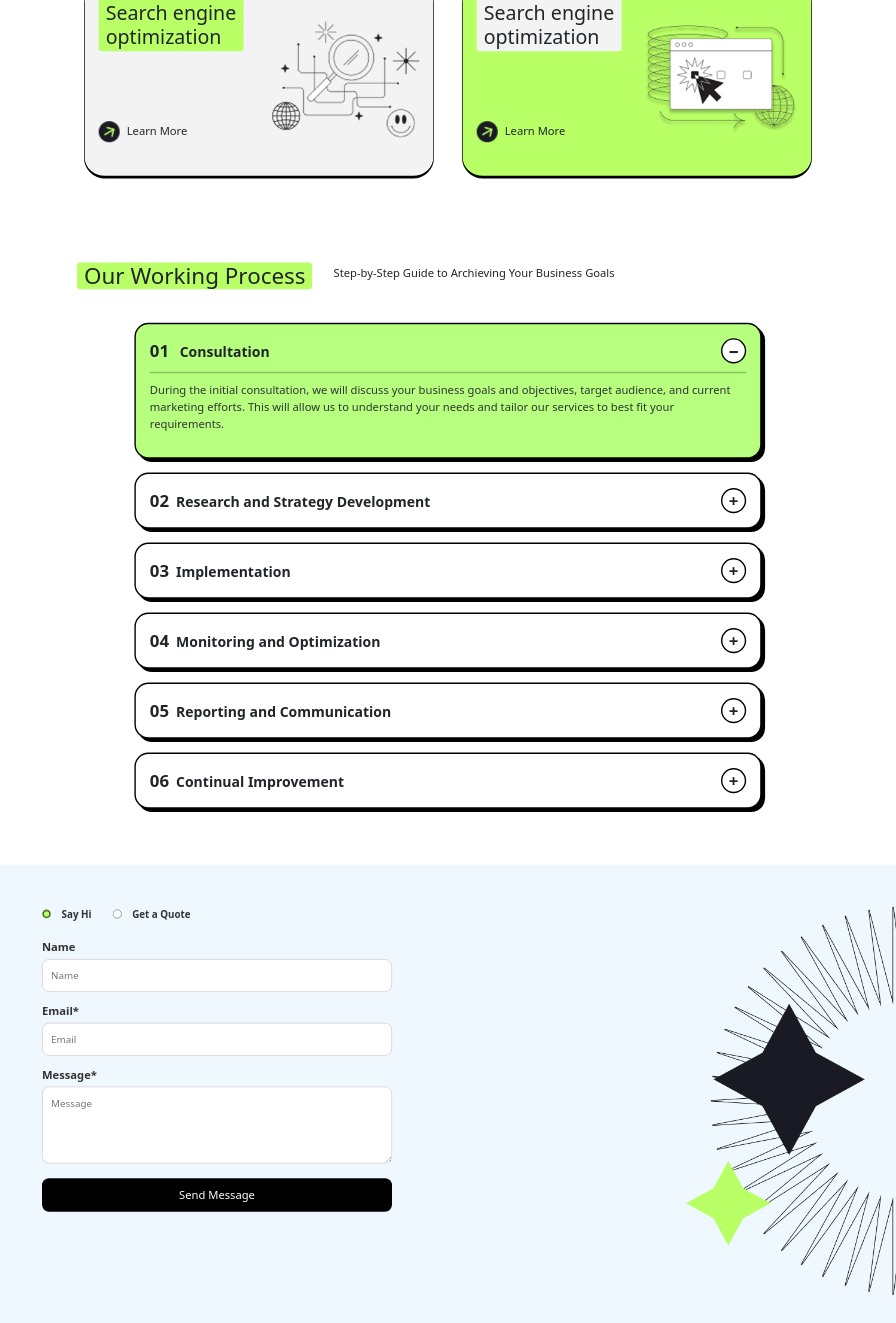
Repository: inshaabbas/CSS-Hackathon-SMIT
Page: index.html
An editor plug-in stored every save of this project. The page is shown before and after a run of saves, followed by the edit.
The browser window is 1280 px wide. The pictures show the part of the page from y = 883 to 2803 px (the page is 2773 px tall before and 2803 px after), at 70% of full size.
A picture or video elsewhere on the page could not be fetched, so the positions and the page height are approximate.

Above is the page before, as saved 2025-06-25 10:43:17.

### index.html
<!DOCTYPE html>
<html lang="en">
<head>
    <meta charset="UTF-8">
    <meta name="viewport" content="width=device-width, initial-scale=1.0">
    <title>CSS Hackathon</title>
    <!-- Bootstrap CDN -->
     <link href="https://cdn.jsdelivr.net/npm/bootstrap@5.3.7/dist/css/bootstrap.min.css" rel="stylesheet" integrity="sha384-LN+7fdVzj6u52u30Kp6M/trliBMCMKTyK833zpbD+pXdCLuTusPj697FH4R/5mcr" crossorigin="anonymous">
    <!-- Font Awesome CDN -->
     <link rel="stylesheet" href="https://cdnjs.cloudflare.com/ajax/libs/font-awesome/6.7.2/css/all.min.css" integrity="sha512-Evv84Mr4kqVGRNSgIGL/F/aIDqQb7xQ2vcrdIwxfjThSH8CSR7PBEakCr51Ck+w+/U6swU2Im1vVX0SVk9ABhg==" crossorigin="anonymous" referrerpolicy="no-referrer"/>
    <!-- External Style Sheet -->
     <link rel="stylesheet" href="./style.css">
</head>
<body>
    <!-- Header Section Starts -->
    <header class="container-xxl">
      <div class="fixed-top">
         <nav class="navbar navbar-expand-lg bg-body-tertiary">
  <div class="container-fluid">
    <a class="navbar-brand" href="#"><img src="./Assets/logo.png" alt="Logo" width="150px"></a>
    <button class="navbar-toggler" type="button" data-bs-toggle="collapse" data-bs-target="#navbarSupportedContent" aria-controls="navbarSupportedContent" aria-expanded="false" aria-label="Toggle navigation">
      <span class="navbar-toggler-icon"></span>
    </button>
    <div class="collapse navbar-collapse" id="navbarSupportedContent">
      <ul class="navbar-nav ms-auto me-3 gap-4 mb-2 mb-lg-0">
        <li class="nav-item">
          <a class="nav-link active" aria-current="page" href="#">Aboutus</a>
        </li>
        <li class="nav-item">
          <a class="nav-link active" href="#">Services</a>
        </li>
        <li class="nav-item">
          <a class="nav-link active" aria-disabled="true">User Cases</a>
        </li>
        <li class="nav-item">
          <a class="nav-link active" aria-current="page" href="#">Pricing</a>
        </li>
        <li class="nav-item">
          <a class="nav-link active" aria-current="page" href="#">Blog</a>
        </li>
      </ul>
        <button class="btn btn-outline-dark" type="submit">Request a Quote</button>
      </form>
    </div>
  </div>
</nav>
      </div>
    </header>
    <!-- Header Section Ends -->

    <!-- Hero Section Starts -->
     <section class="hero-sec container-xxl">
        <div class="hero-text">
            <h2>Navigating the digital landscape for success</h2>
            <p>Lorem ipsum dolor sit amet consectetur adipisicing elit. Nihil sapiente officia omnis rerum, vitae nesciunt ad obcaecati sint quam accusantium Lorem ipsum dolor sit amet consectetur adipisicing elit. Quaerat nobis quos soluta accusantium perspiciatis quas ducimus dicta accusamus eius, sint adipisci cum minima aliquam debitis expedita nam eos, consectetur quasi.</p>
            <button type="button" class="btn btn-dark">Book a consultation</button>
        </div>
        <div class="hero-img">
            <img src="./Assets/hero-sec-img.png" alt="Hero Section Img" width="450px" height="330px">
        </div>
     </section>
    <!-- Hero Section Ends -->

    <!-- Social Section Starts -->
     <section class="social-sec container-xxl">
       <img src="./Assets/Amazon.png" alt="Amazon">
       <img src="./Assets/Dribbble.png" alt="Dribbble">
       <img src="./Assets/Hubspot-icon-removebg-preview.png" alt="Hubspot">
       <img src="./Assets/Notion.png" alt="Notion">
       <img src="./Assets/Netflix.png" alt="Netflix" class="gray">
       <img src="./Assets/Zoom.png" alt="Zoom" class="gray">
     </section>
    <!-- Social Section Ends -->

    <!-- Service Section Starts -->
     <section class="service-sec container-xxl">
      <div class="service-head">
        <h2>Services</h2>
        <p>Lorem ipsum dolor sit amet consectetur adipisicing elit. Ad, aliquam assumenda. Perspiciatis necessitatibus ullam possimus illum consequatur dolores quasi ut.</p>
      </div>
      <div class="service-cards">
        <div class="service-card-1 hover-img">
          <div class="ser-card-1-text">
             <h3>Search engine <br> optimization</h3>
             <p><img src="./Assets/service-icon.png" alt="Service Icon" width="30px">Learn More</p>
          </div>
          <div class="ser-card-1-img">
            <img src="./Assets/Service-card-1img.png" alt="">
          </div>
        </div>
        <div class="service-card-2 hover-img">
          <div class="ser-card-2-text">
             <h3>Search engine <br> optimization</h3>
             <p><img src="./Assets/service-icon.png" alt="Service Icon" width="30px">Learn More</p>
          </div>
          <div class="ser-card-2-img">
            <img src="./Assets/Service-card-2-img.png" alt="">
          </div>
        </div>
      </div>
     </section>
    <!-- Service Section Ends -->

     <!-- Working section Starts -->
     <section class="working-section container-xxl">
      <div class="working-head">
        <h2>Our Working Process</h2>
        <p>Step-by-Step Guide to Archieving Your Business Goals</p>
      </div>
      <div class="faq-section">
  <details open>
    <summary><span><span class="number">01</span> Consultation</span> <span class="plus"></span></summary>
    <hr class="divider">
    <div class="faq-content">
      <p>During the initial consultation, we will discuss your business goals and objectives, target audience, and current marketing efforts. This will allow us to understand your needs and tailor our services to best fit your requirements.</p>
    </div>
  </details>

  <details>
    <summary><span><span class="number">02</span>Research and Strategy Development</span> <span class="plus"></span></summary>
    <hr class="divider">
    <div class="faq-content">
      We research your market and competitors to develop a custom strategy aligned with your business goals.
    </div>
  </details>

   <details>
    <summary><span><span class="number">03</span>Implementation</span> <span class="plus"></span></summary>
    <hr class="divider">
    <div class="faq-content">
      We research your market and competitors to develop a custom strategy aligned with your business goals.
    </div>
  </details>

   <details>
    <summary><span><span class="number">04</span>Monitoring and Optimization</span> <span class="plus"></span></summary>
    <hr class="divider">
    <div class="faq-content">
      We research your market and competitors to develop a custom strategy aligned with your business goals.
    </div>
  </details>

   <details>
    <summary><span><span class="number">05</span>Reporting and Communication</span> <span class="plus"></span></summary>
    <hr class="divider">
    <div class="faq-content">
      We research your market and competitors to develop a custom strategy aligned with your business goals.
    </div>
  </details>

   <details>
    <summary><span><span class="number">06</span>Continual Improvement</span> <span class="plus"></span></summary>
    <hr class="divider">
    <div class="faq-content">
      We research your market and competitors to develop a custom strategy aligned with your business goals.
    </div>
  </details>
      </div>
      </section>

    <!-- Working section Ends -->

     <!-- Contact section Starts -->
     <section class="contact-section container-xxl">
      <div class="contact-form">
        <form>
          <div class="radio-group">
            <label><input type="radio" name="purpose" checked>Say Hi</label>
            <label><input type="radio" name="purpose"> Get a Quote</label>
          </div>

          <div class="form-group">
            <label for="name">Name</label>
            <input type="text" id="name" name="name" placeholder="Name" required>
          </div>

          <div class="form-group">
            <label for="email">Email*</label>
            <input type="email" id="email" name="email" placeholder="Email" required>
          </div>

          <div class="form-group">
            <label for="message">Message*</label>
            <textarea id="message" name="message" placeholder="Message" rows="4" required></textarea>
          </div>

          <button type="submit" class="send-btn">Send Message</button>
        </form>
       </div>
      <div class="contact-image">
        <img src="./Assets/Contact-img.png" alt="Contact img" width="400px">
      </div>
     </section>

     <!-- Contact section End -->

     <!-- Footer section Starts -->

     <footer>
        <div class="top-footer">
            <div></div>
            <div></div>
            <div></div>
        </div>
     </footer>







<script src="https://cdn.jsdelivr.net/npm/@popperjs/core@2.11.8/dist/umd/popper.min.js" integrity="sha384-I7E8VVD/ismYTF4hNIPjVp/Zjvgyol6VFvRkX/vR+Vc4jQkC+hVqc2pM8ODewa9r" crossorigin="anonymous"></script>
<script src="https://cdn.jsdelivr.net/npm/bootstrap@5.3.7/dist/js/bootstrap.min.js" integrity="sha384-7qAoOXltbVP82dhxHAUje59V5r2YsVfBafyUDxEdApLPmcdhBPg1DKg1ERo0BZlK" crossorigin="anonymous"></script>
</body>
</html>

### style.css
.hover-img{
    transition: transform 0.3s ease;
}

.hover-img:hover{
    transform: scale(1.1);
}

.hero-sec{
    display: flex;
    justify-content: space-around;
    align-items: center;
    padding: 20px;
    height: 500px;
    padding-top: 80px;
}

.hero-text{
    width: 50%;
}

.hero-text h2{
    font-size: 35px;
    font-weight: bold;
}

@media screen and (max-width: 1010px) {
    .hero-img img{
        width: 350px;
        height: 300px;
    }
    .hero-sec{
        height: auto;
    }
}

@media screen and (max-width: 800px){
    .hero-sec{
        flex-direction: column;
        gap: 50px;
    }

    .hero-text{
    width: 100%;
}

.hero-img img{
    width: 300px;
    height: 250px;
}
}

/* Hero Section End */

/* Social Section Starts */
.social-sec{
    height: auto;
    display: flex;
    justify-content: center;
    align-items: center;
    gap: 40px;
    flex-wrap: wrap;
    padding: 20px;
    margin-top: 40px;
}

.social-sec img{
    width: 120px;
}

.gray{
    filter: grayscale(100%);
}

/* Social Section Ends */


/* Service Section Starts */

.service-sec{
    height: auto;
    margin-top: 40px;
    padding: 40px 10px;
}

.service-head{
    display: flex;
    margin-left: 100px;
    gap: 30px;
}

.service-head h2{
    background-color: #b9ff66;
    padding: 0px 10px;
    border-radius: 5px;
    font-size: 40px;
}

.service-head p{
    width: 600px;
}

.service-cards{
    padding-top: 40px;
    display: flex;
    justify-content: center;
    align-items: center;
    flex-wrap: wrap;
    gap: 40px;
    padding: 20px;
}

/* Card 1  */
.service-card-1{
    display: flex;
    justify-content: space-between;
    width: 500px;
    height: 280px;
    background-color: #f3f3f3;
    border-radius: 30px;
    padding: 20px;
    border-bottom: black solid 4px;
    border-top: black solid 1px;
    border-left: black solid 1px;
    border-right: black solid 1px;
}

.service-card-1 p img{
    margin-right: 10px;
}

.service-card-1 p{
    margin-top: 100px;
}

.ser-card-1-img{
    display: flex;
    justify-content: center;
    align-items: center;
}

.ser-card-1-text h3{
    background-color: #b9ff66;
    padding: 5px 10px;
    border-radius: 5px;
}

/* Card 2 */

.service-card-2{
    display: flex;
    justify-content: space-between;
    width: 500px;
    height: 280px;
    background-color: #b9ff66;
    border-radius: 30px;
    padding: 20px;
    border-bottom: black solid 4px;
    border-top: black solid 1px;
    border-left: black solid 1px;
    border-right: black solid 1px;
}

.service-card-2 p img{
    margin-right: 10px;
}

.service-card-2 p{
    margin-top: 100px;
}

.ser-card-2-img{
    display: flex;
    justify-content: center;
    align-items: center;
}

.ser-card-2-text h3{
    background-color: #f3f3f3;
    padding: 5px 10px;
    border-radius: 5px;
}

@media screen and (max-width: 865px){
    .service-head{
        flex-direction: column;
        justify-content: center;
        align-items: center;
        text-align: center;
        margin-left: 0px;
        gap: 10px;
    }

    .service-head p{
        width: 100%;
    }
}

@media screen and (max-width: 500px){
    .service-head p{
        font-size: 13px;
    }

    .service-card-2{
        height: 230px;
    }
    .ser-card-2-img img{
        width: 180px;
    }

    .ser-card-2-text h3{
        font-size: 20px;
    }

    .ser-card-2-text p{
        font-size: 13px;
    }

    .service-card-1{
        height: 230px;
    }
    .ser-card-1-img img{
        width: 180px;
    }

    .ser-card-1-text h3{
        font-size: 20px;
    }

    .ser-card-1-text p{
        font-size: 15px;
    }
}

    @media screen and (max-width: 440px){
    .service-head p{
        font-size: 10px;
    }

    .ser-card-2-img img{
        width: 120px;
    }

    .ser-card-2-text h3{
        font-size: 14px;
    }

    .ser-card-2-text p{
        font-size: 12px;
    }

    .ser-card-1-img img{
        width: 120px;
    }

    .ser-card-1-text h3{
        font-size: 14px;
    }

    .ser-card-1-text p{
        font-size: 12px;
    }
}

/* Service Section Ends*/

/* Working Section Starts */

.working-section{
    height: auto;
    margin-top: 20px;
    padding: 40px 10px;
}

.working-head{
    display: flex;
    align-items: center;
    margin-left: 100px;
    gap: 30px;
}

.working-head h2{
    background-color: #b9ff66;
    padding: 0px 10px;
    border-radius: 5px;
}

.working-head p{
    width: 100%;
    max-width: 600px;
}

.faq-section{
    display: flex;
    flex-direction: column;
    justify-content: center;
    align-items: center;
    margin-top: 40px;
    padding: 0px 10px;
}

details {
      border: 2px solid #000;
      border-radius: 20px;
      margin-bottom: 20px;
      padding: 20px;
      box-shadow: 5px 5px 0 #000;
      background-color: #fff;
      transition: all 0.3s ease;
      width: 70vw;
    }

    details[open] {
      background-color: #b6ff7f;
    }

    summary {
      list-style: none;
      cursor: pointer;
      font-weight: bold;
      font-size: 20px;
      display: flex;
      justify-content: space-between;
      align-items: center;
    }

    summary::-webkit-details-marker {
      display: none;
    }

    .number {
      font-size: 24px;
      margin-right: 10px;
    }

    .plus::after {
      content: "+";
      font-size: 24px;
      width: 36px;
      height: 36px;
      display: inline-flex;
      align-items: center;
      justify-content: center;
      border: 2px solid #000;
      border-radius: 50%;
      background: #fff;
    }

    details[open] .plus::after {
      content: "−";
    }

    .faq-content {
      margin-top: 10px;
      font-size: 16px;
      line-height: 1.5;
      color: #333;
    }

    .divider {
      display: none;
      border: none;
      border-top: 2px solid #000;
      margin: 12px 0;
    }

    details[open] .divider {
      display: block;
    }

    details[open] .faq-content {
      display: block;
    }


@media screen and (max-width: 1084px){
    .working-head{
        flex-direction: column;
        justify-content: center;
        align-items: center;
        text-align: center;
        gap: 10px;
        margin-left: 0px;
    }
}

@media screen and (max-width: 700px){
    summary span{
        font-size: 16px;
    }

    .number{
        font-size: 16px;
    }

    .plus::after{
        font-size: 20px;
        width: 25px;
        height: 25px;
    }

    details{
        width: 90vw;
    }
}

@media screen and (max-width: 420px){
    summary span{
        font-size: 13px;
    }

    .number{
        font-size: 14px;
    }
}
/* Working Section Ends */

/* Contact Section Starts */

.contact-section{
    display: flex;
    justify-content: space-between;
    height: auto;
    background-color: aliceblue;
    margin-top: 20px;
    padding: 60px 0px 40px 20px
}

.contact-form{
    width: 100%;
    margin-left: 40px;
}

.radio-group {
  display: flex;
  gap: 30px;
  margin-bottom: 20px;
  font-size: 14px;
}

.radio-group label{
  display: flex;
  align-items: center;
  gap: 15px;
  font-size: 14px;
  color: #333;
  cursor: pointer;
  /* width: 100px; */
  white-space: nowrap
}


input[type="radio"] {
  accent-color: #b9ff66;
}

.form-group {
  margin-bottom: 15px;
}

label {
  display: block;
  margin-bottom: 5px;
  font-weight: bold;
  color: #333;
}

input,
textarea {
  width: 100%;
  max-width: 500px;
  padding: 12px;
  font-size: 14px;
  border: 1px solid #ccc;
  border-radius: 10px;
  box-sizing: border-box;
}

.send-btn{
  background-color: #000;
  color: #fff;
  border: none;
  padding: 12px;
  width: 100%;
  max-width: 500px;
  border-radius: 10px;
  font-size: 16px;
  cursor: pointer;
  transition: background-color 0.3s;
}

.send-btn:hover {
  background-color: #333;
}

.contact-image {
  flex: 1;
  text-align: right;
  min-width: 300px;
  overflow-x: hidden;
}

@media screen and (max-width: 890px){
    .contact-image img {
        display: none;
    }

    .contact-section {
        flex-direction: column;
        align-items: center;
        padding: 30px 20px;
    }

    .contact-form {
        margin-left: 0;
        width: 100%;
        display: flex;
        flex-direction: column;
        align-items: center;
    }

    .form-group,
    input,
    textarea,
    .send-btn {
        width: 100%;
        max-width: 600px;
    }
}

/* Contact Section Ends*/

After the next 4 saves:
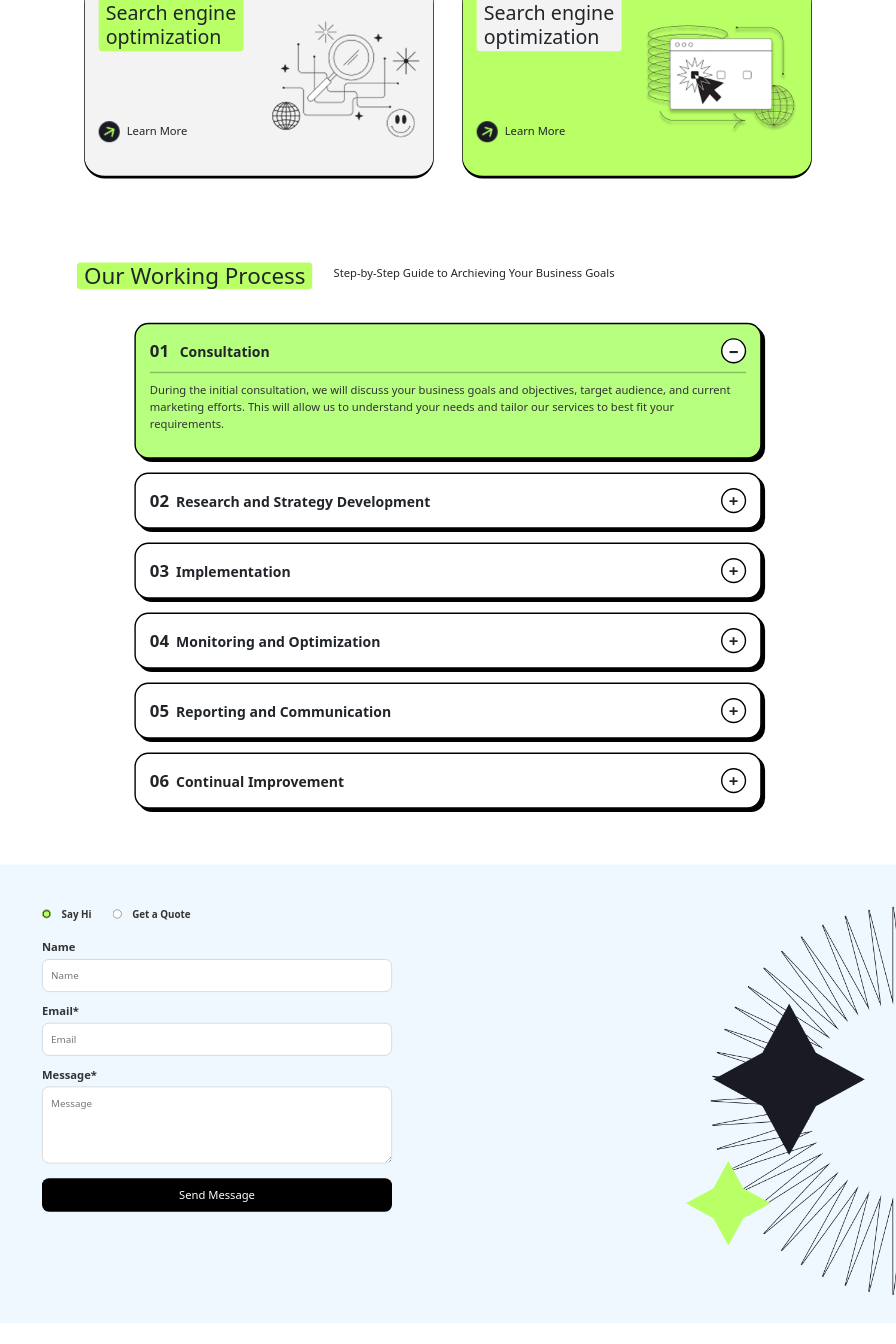
The 4 saves are shown as one change because they came seconds apart.
The last was saved 2 min 3 s later.
--- a/index.html
+++ b/index.html
@@ -198,7 +198,9 @@
 
      <footer>
         <div class="top-footer">
-            <div></div>
+            <div>
+                <img src="./Assets/Foooter-logo.png" alt="Footer logo">
+            </div>
             <div></div>
             <div></div>
         </div>
